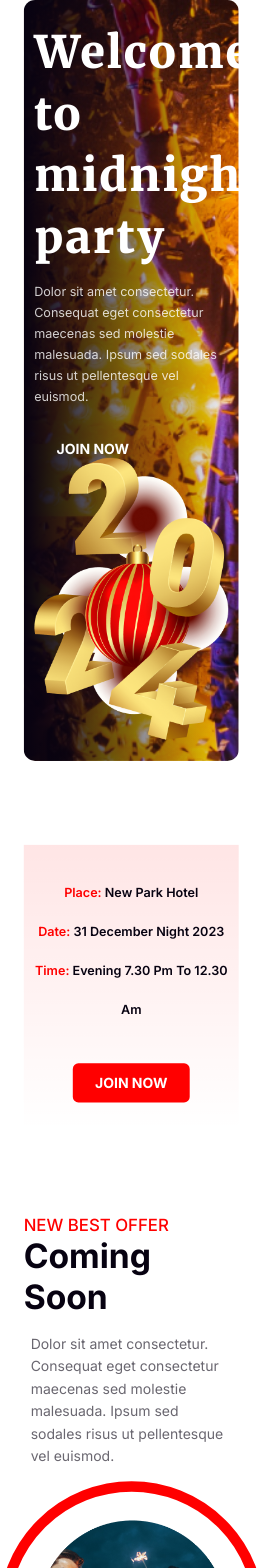
Repository: ShouravAhammed/simple-responsive-new-year
Page: index.html
An editor plug-in stored every save of this project. The page is shown before and after the next save, followed by the edit.
The browser window is 375 px wide. The page is 378 px wide, so the pictures cover 378 px, including what lies to the right of the window. The pictures show the part of the page from y = 0 to 2240 px (the page is 8435 px tall before and 8218 px after), at 70% of full size.

Above is the page before, as saved 2024-01-11 16:45:50.

### index.html
<!DOCTYPE html>
<html lang="en">
<head>
    <meta charset="UTF-8">
    <meta name="viewport" content="width=device-width, initial-scale=1.0">
    <!-- Title  -->
    <title>New Year 2024</title>
    <!-- favicon icon linked -->
    <link rel="shortcut icon" href="images/New Year Photo.png" type="image/x-icon">
    <!-- style css linked-->
    <link rel="stylesheet" href="Style/style.css">
</head>
<body>
    <!-- header part  -->
    <header class="hide">
        <!-- banner section part -->
        <section id="banner">
            <div class="container">
                <div class="banner-container">
                    <div class="banner-content">
                        <h3 class="celebration">Happy New Year</h3>
                        <h2 class="banner-title">New Year Party Celebration</h2>
                    </div>
                </div>
            </div>
        </section>
    </header>
    <!-- main part -->
    <main>
        <!-- categories section part  -->
            <section id="categories " class="hide">
                <div class="container">
                    <div class="categories-container">
                        <h2 class="categories-discount">65% OFF</h2>
                        <p class="primary-summery">OUR HOLIDAY DEALS ARE BETTER</p>
                        <h3 class="categories-title">ALL CATEGORIES</h3>
                        <div class="categories-img">
                            <img id="new-year-img" src="images/New Year Photo.png" alt="Happy New Year">
                        </div>
                    </div>
                </div>
            </section>

            <!-- party-banner section part -->
            <section id="party-banner">
                <div class="container">
                    <div class="party-container">
                        <div class="party-content">
                            <h2 class="party-title">Welcome to midnight party</h2>
                            <p class="party-description">Dolor sit amet consectetur. Consequat eget consectetur maecenas sed molestie malesuada. Ipsum sed sodales risus ut pellentesque vel euismod. </p>
                            <button id="join-now-btn">JOIN NOW</button>
                        </div>
                        <img class="party-img" src="images/icon/Group 70.png" alt="party-img">
                    </div>
                </div>
            </section>
            <!-- Announce section part -->
            <section id="announce">
                <div class="container">
                    <div class="announce-content">
                        <h4 class="announce-title"><span class="title-color">Place:</span> New Park Hotel</h4>
                        <h4 class="announce-title"><span class="title-color">Date:</span> 31 December Night 2023</h4>
                        <h4 class="announce-title"><span class="title-color">Time:</span> Evening 7.30 pm to 12.30 am</h4>
                        <button class="announce-btn">Join Now</button>
                    </div>
                </div>
            </section>
            <!-- best offer section part -->
            <section id="best-offer">
                <div class="container">
                    <div class="best-offer-container">
                        <div class="best-offer-content">
                            <p class="primary-summery">NEW BEST OFFER</p>
                            <h3 class="similer-title">Coming Soon</h3>
                            <p class="similer-description">Dolor sit amet consectetur. Consequat eget consectetur maecenas sed molestie malesuada. Ipsum sed sodales risus ut pellentesque vel euismod. </p>
                        </div>
                        <div class="best-offer-img-content">

                                <img class="best-offer-img" src="images/Ellipse 1.png" alt="best-offer-images">

                        </div>
                        <div class="best-offer-year-content">
                            <h3 class="best-offer-year">2024</h3>
                            <p class="best-offer-description">Dolor sit amet consectetur. Consequat eget consectetur maecenas sed.</p>
                            <img class="best-offer-year-img" src="images/icon/Group 96.png" alt="best-offer-year-img">
                        </div>
                    </div>
                </div>
            </section>
            <!-- holiday section part  -->
            <section id="holiday" >
                <div class="container">
                    <div class="holiday-container">
                        <div class="holiday-content">
                            <p class="primary-summery">WHAT IS FUNCTIONAL</p>
                        <h3 class="similer-title"><span class="title-color">Holidays</span> Sale 50%</h3>
                        <p class="similer-description">Dolor sit amet consectetur. Consequat eget consectetur maecenas sed molestie malesuada. Ipsum sed
                            sodales risus ut pellentesque vel euismod. Eleifend nunc purus quam id
                            fermentum amet amet sit consectetur.</p>
                        </div>
                        <div class="holiday-back-img">
                            <div class="holiday-gift-content">
                                <img src="images/icon/Group 75.png" alt="">
                            </div>
                            <div class="holiday-discount-content">
                                <img src="images/icon/Group 44.png" alt="">
                            </div>
                        </div>
                        <div class="holiday-bottom">
                            <img src="images/Rectangle 2.png" alt="">
                        </div>
                    </div>
                </div>
            </section>
            <!-- Portfolio section part -->

            <section id="portfolio">
                <div class="container">
                    <div class="portfolio-container">
                        <div class="portfolio-box">
                            <p class="primary-summery">THE BEST GIFTS</p>
                            <h3 class="similer-title">Our Awesome Portfolio</h3>
                            <p class="similer-description description-padd">Dolor sit amet consectetur. Consequat eget consectetur maecenas sed molestie malesuada. Ipsum sed sodales risus ut pellentesque vel euismod. </p>
                        </div>
                            <div class="portfolio-content">
                                <img class="portfolio-img" src="images/Portfolio images/Rectangle 3.png" alt="">
                                <img class="portfolio-img" src="images/Portfolio images/Rectangle 4.png" alt="">
                                <img class="portfolio-img" src="images/Portfolio images/Rectangle 5.png" alt="">
                            </div>
                            <div class="portfolio-content">
                                <img class="portfolio-img" src="images/Portfolio images/Rectangle 6.png" alt="">
                                <img class="portfolio-img" src="images/Portfolio images/Rectangle 7.png" alt="">
                                <img class="portfolio-img" src="images/Portfolio images/Rectangle 8.png" alt="">
                            </div>
                        </div>
                    </div>
            </section>
            <!-- newsletter section part -->
            <section id="newsletter">
                <div class="container">
                    <div class="news-container">
                        <div class="news-content">
                            <img src="images/icon/Group 61.png" alt="">
                            <h3 class="similer-title">Subscribe Newsletter</h3>
                            <p class="similer-description description-mar">Dolor sit amet consectetur. Consequat eget consectetur maecenas sed molestie malesuada. Ipsum sed sodales risus ut pellentesque vel euismod. </p>
                            <form class="form" action="">
                                <input type="email" placeholder="user@gmail.com" alt="email" id="">
                                <button class="subscribe-btn">Subscribe</button>
                            </form>
                        </div>

                    </div>
                </div>
            </section>
    </main>
    <!--  footer part -->
    <footer>
        <section id="footer">
            <div class="container">
                <div class="footer-describe-part line-color">
                    <div class="footer-address">
                        <p class="address-similer">44, Big Building Roosevelt Street</p>
                        <p class="address-similer">Beach Gardens Florida 33410</p>
                    </div>
                    <div class="footer-address">
                        <div class="call-icon">
                            <img src="images/icon/Call.png" alt="">
                            <a class="address-similer">+00 123 584 124</a>
                        </div>
                        <div class="website-icon">
                            <img src="images/icon/Website.png" alt="">
                            <a class="address-similer">www.website.com</a>
                        </div>
                    </div>
                </div>

                <div class="footer-social line-color">
                    <a href=""><img src="images/icon/Facebook.png" alt=""></a>
                    <a href=""><img src="images/icon/Instagram.png" alt=""></a>
                    <a href=""><img src="images/icon/Twitter.png" alt=""></a>
                    <a href=""><img src="images/icon/Linkedin.png" alt=""></a>
                </div>

                <div class="reserved">
                    <p>2017, All Rights Reserved.</p>
                    <p>Unsubscribe</p>
                </div>
            </div>
        </section>
    </footer>
</body>
</html>

### Style/style.css
/* import google fonts */
@import url('https://fonts.googleapis.com/css2?family=Inter:wght@100;200;300;400;500;600;700;800;900&family=Merriweather:ital,wght@0,300;0,400;0,700;0,900;1,300;1,400;1,700;1,900&display=swap');

*{
    margin: 0;
    padding: 0;
    outline: 0;
}

.container{
    width: 82%;
    margin: 0 auto;
}
/* primary content */
.primary-summery{
    font-family: Inter;
    font-size: 24px;
    font-style: normal;
    font-weight: 500;
    color: #F00;
    line-height: normal;
}
/* title-color */
.title-color{
    color: #F00;
}
/* banner section related css style */
#banner{
    margin-top: 30px;
}
.banner-container{
    background-image: linear-gradient(180deg, #070211 0%, rgba(7, 2, 17, 0.00) 100%), url(../images/Banner\ Image.png);
    background-size: cover;
    background-repeat: no-repeat;
    background-position: center;
    border-radius: 16px;
    padding: 177px 0px;
}
.banner-container .banner-content{
    width: 632px;
    margin: 0 auto;
}
.banner-container .banner-content .celebration{
    color: #FFF;
    text-align: center;
    font-family: Merriweather;
    font-size: 32px;
    font-style: normal;
    font-weight: 400;
    line-height: normal;
    margin-bottom: 16px;
    z-index: 99;
}
.banner-container .banner-content .banner-title{
    color: #FFF;
    text-align: center;
    font-family: Merriweather;
    font-size: 72px;
    font-style: normal;
    font-weight: 900;
    line-height: 95px;
}
/* categories section related css style */

#categories{
    margin: 120px 0px;
}
.categories-container{
    text-align: center;
}
.categories-container .categories-discount{
    font-family: Inter;
    font-size: 88px;
    font-style: normal;
    font-weight: 700;
    color: #F00;
    line-height: normal;
    margin-bottom: 48px;
}

.categories-title{
    font-family: Inter;
    font-size: 48px;
    font-style: normal;
    font-weight: 700;
    color: #070211;
    line-height: normal;
    margin-bottom: 48px;
}
.categories-container .categories-img{
    width: 800px;
    margin: 0 auto;
}
.categories-img #new-year-img{
    max-width: 100%;
}

/* party-banner section css style  */
#party-banner{

}
.party-container{
    background-image: linear-gradient(90deg, #070211 0%, rgba(7, 2, 17, 0.00) 100%), url(../images/Vectorrr.png);
    background-position: center;
    background-repeat: no-repeat;
    background-size: cover;
    display: flex;
    align-items: center;
    justify-content: space-between;
    border-radius: 16px;
    padding: 70px 70px;
}
.party-container .party-content{
    width: 900px;
}
.party-content .party-title{
    font-family: Merriweather;
    font-size: 64px;
    font-style: normal;
    font-weight: 900;
    color: #FFF;
    line-height: 88px;
    letter-spacing: 3px;
}
.party-content .party-description{
    font-family: Inter;
    font-size: 18px;
    font-style: normal;
    font-weight: 400;
    color: rgba(255, 255, 255, 0.80);
    line-height: 30px;
    margin-top: 20px;
}
#join-now-btn{
    font-family: Inter;
    font-size: 20px;
    font-style: normal;
    font-weight: 700;
    color: #FFF;
    background: transparent;
    line-height: normal;
    text-transform: uppercase;
    border: none;
    cursor: pointer;
    margin-top: 48px;
    margin-left: 32px;
}
.party-container .party-img{
    width: 270px;
    max-width: 100%;
}

/* Announce section css style */

#announce{
    margin: 120px 0px;
}
.announce-content{
    background: linear-gradient(180deg, rgba(255, 0, 0, 0.10) 0%, rgba(255, 0, 0, 0.00) 100%);
    padding: 100px 0;
    text-align: center;
}
.announce-content .announce-title{
    color: #070211;
    font-family: Inter;
    font-size: 32px;
    font-style: normal;
    font-weight: 600;
    line-height: 56px;
    text-transform: capitalize;
}
.announce-btn{
    font-family: Inter;
    font-size: 20px;
    font-style: normal;
    font-weight: 700;
    line-height: normal;
    color: #FFF;
    text-align: center;
    text-transform: uppercase;
    border-radius: 8px;
    background: #F00;
    padding: 16px 32px;
    border: none;
    cursor: pointer;
    transition: all ease 0.5s;
    margin-top: 48px;
}
.announce-btn:hover{
    background: #fff;
    color: #f00;
    outline: 1px solid #F00;
}
/* best-offer section style css */
#best-offer{
    margin-bottom: 128px;
}
.similer-title{
    font-family: Inter;
    font-size: 48px;
    font-style: normal;
    font-weight: 700;
    color: #070211;
    line-height: normal;
}
.similer-description{
    font-family: Inter;
    font-size: 20px;
    font-style: normal;
    font-weight: 400;
    color: rgba(7, 2, 17, 0.60);
    line-height: 32px;
    margin-top: 22px;
}
.best-offer-container{
    display: flex;
    align-items: center;
    gap: 20px;
}
.best-offer-content{
    width: 700px;
}
.best-offer-img-content{
    min-height: 350px;
    min-width: 350px;
    border: 15px solid #f00;
    border-radius: 50%;
    position: relative;
    position: relative;
}
.best-offer-img-content .best-offer-img{
    position: absolute;
    width: 270px;
    inset: 41px;
}
.best-offer-year-content .best-offer-year{
    font-family: Inter;
    font-size: 48px;
    font-style: normal;
    font-weight: 700;
    color: #F00;
    line-height: normal;
    margin-top: 65px;
}
.best-offer-year-content .best-offer-description{
    margin-top: 10px !important;

}
.best-offer-year-content{
    width: 500px;
}
.best-offer-year-content .best-offer-year-img{
    max-width: 140px;
    margin-top: 38px;
}


/*  portfolio section css style */
.portfolio-container{

}
.portfolio-container .description-padd{
    margin-bottom: 48px ;
}
.portfolio-container .portfolio-content{
    display: flex;
    align-items: center;
    justify-content: space-between;
    margin-top: 20px;
}
.portfolio-box{
    width: 896px;
}
.portfolio-container .portfolio-content .portfolio-img{
    max-width: 355px;
    transition: all ease 0.5s;
}
.portfolio-content .portfolio-img:hover{
    filter: grayscale(1);
    transform: scale(1.05);
}
/* newsletter section css style  */
#newsletter{
    margin: 128px 0px;
}
.news-container{
    border-radius: 16px;
    background: rgba(255, 0, 0, 0.05);
    padding: 80px 0px;
}
.news-content{
    width: 896px;
    margin: 0 auto;
    text-align: center;
}
.news-content img{
    width: 150px;
    height: 150px;
}
.form{
    width: 648px;
    height: 72px;
    display: flex;
    margin: 0 auto;
}
.form input{
    background: #fff;
    width: 438px;
    flex-grow: 1;
    color: rgba(7, 2, 17, 0.30);
    font-family: Inter;
    font-size: 18px;
    font-style: normal;
    font-weight: 400;
    line-height: normal;
    padding-top: 25px;
    padding-bottom: 25px;
    padding-left: 30px;
    border: none;
    border-radius: 50px 0px 0px 50px;
    outline: 1px transparent;
    transition: all ease 0.5s;
}
.form input:hover{
    outline: 1px solid #f00;
}
.form .subscribe-btn{
    color: #FFF;
    font-family: Inter;
    font-size: 20px;
    font-style: normal;
    font-weight: 600;
    line-height: normal;
    text-transform: capitalize;
    border-radius: 0px 50px 50px 0px;
    background: #F00;
    padding: 24px 56px;
    border: none;
    transition: all ease 0.5s;
}
.form .subscribe-btn:hover{
    outline: 1px solid #f00;
    background: #fff;
    color: #f00;
}
.description-mar{
    margin-bottom: 48px;
}
/* footer section part css style */

#footer{
    background: #070211;
    padding: 120px 0;
}
.line-color{
    border-bottom: 1px solid rgba(255, 255, 255, 0.15);
}
.footer-describe-part{
    display: flex;
    justify-content: space-between;
}
.footer-address{
    margin-bottom: 50px;
}
.footer-address .address-similer {
    color: #FFF;
    font-family: Inter;
    font-size: 24px;
    font-style: normal;
    font-weight: 500;
    line-height: 40px;
    text-decoration: none;
    cursor: pointer;
}
.call-icon, .website-icon{
    display: flex;
    align-items: center;
}
.call-icon img, .website-icon img{
    width: 24px;
    margin-right: 15px;
}

.footer-social{
    text-align: center;
    padding: 48px 0;
}
.footer-social a{
    width: 64px;
    margin-right: 24px;
}
.footer-social a:hover{
    filter: grayscale(1);
}

.reserved{
    display: flex;
    justify-content: space-between;
    align-items: center;
    margin-top: 50px;
}
.reserved p{
    color: #FFF;
    font-family: Inter;
    font-size: 24px;
    font-style: normal;
    font-weight: 500;
    line-height: normal;
}



/* holiday section css style */
#holiday{
    margin-bottom: 128px;
}
.holiday-container{
    text-align: center;
}
.holiday-container .holiday-content{
    width: 920px;
    margin: 0 auto;
}
.holiday-back-img{
    display: flex;
    align-items: center;
    margin-top: 48px;
    background-image: url(../images/Rectangle\ 1.png);
    background-repeat: no-repeat;
    background-size: contain;
    height: 60vh;
    background-position: bottom right;
}
.holiday-back-img .holiday-gift-content {
    width: 600px;
    position: relative;
    bottom: -110px;
    left: 50px;
}
.holiday-back-img .holiday-gift-content img{
    max-width: 100%;
}
.holiday-back-img .holiday-discount-content{
    width: 250px;
}
.holiday-back-img .holiday-discount-content img{
    max-width: 100%;
}
.holiday-bottom img{
    width: 100%;
}


/* responsive */
.hide{
    display: none;
}
@media screen and (max-width: 576px){
    .similer-description {
        padding: 0px 10px;
    }
    .news-content, .portfolio-box, .form, .form input {
        width:  100%;
    }
    .form .subscribe-btn {
        padding: 24px 20px;
    }
    .best-offer-container, .best-offer-container, .portfolio-container .portfolio-content, .footer-describe-part {
        flex-direction: column;
    }
    .footer-social a {
        margin-right: 10px;
    }
    .reserved {
        margin-top: 50px;
        flex-direction: column;
    }
    .portfolio-container .portfolio-content .portfolio-img {
        width: 100%;
    }
    .portfolio-container .portfolio-content {
        gap: 20px;
    }
    .holiday-container .holiday-content {
        width: 100%;
    }
    .holiday-back-img {
        height: 38vh;
    }
    .best-offer-content, .best-offer-year-content {
        width: 100%;
    }
    .announce-content {
        padding: 40px 0;
    }
    .announce-content .announce-title {
        font-size: 18px;
        font-weight: 600;
    }
    .party-container .party-content {
        width: 100%;
    }
    .party-container {
        flex-direction: column;
        padding: 30px 15px;
    }
    .party-container .party-img {
        width: 100%;
    }
}

After the next save:
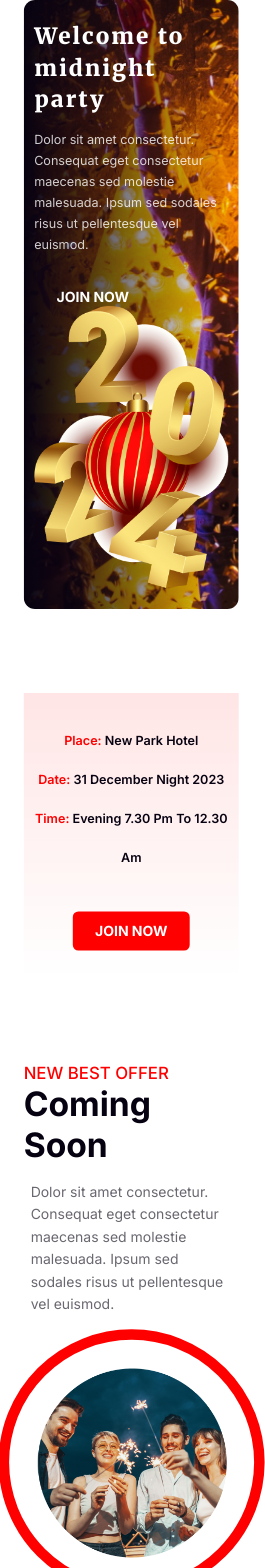
Saved 94 s later.
--- a/Style/style.css
+++ b/Style/style.css
@@ -504,6 +504,10 @@
         flex-direction: column;
         padding: 30px 15px;
     }
+    .party-content .party-title {
+        font-size: 32px;
+        line-height: 45px;
+    }
     .party-container .party-img {
         width: 100%;
     }
